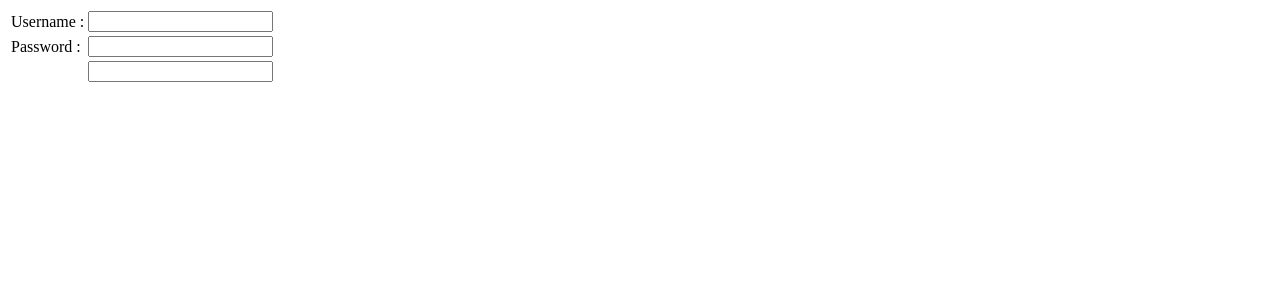
Repository: ajay2java2dev/symantec-samples
Page: google_apps_webservices/TomcatSecure-UserAuth/WebContent/WEB-INF/login.htm
An editor plug-in stored every save of this project. The page is shown before and after the next save, followed by the edit.
The browser window is 1280 px wide. The pictures show the whole page.

Above is the page before, as saved 2015-05-29 07:20:02.

After the next save:
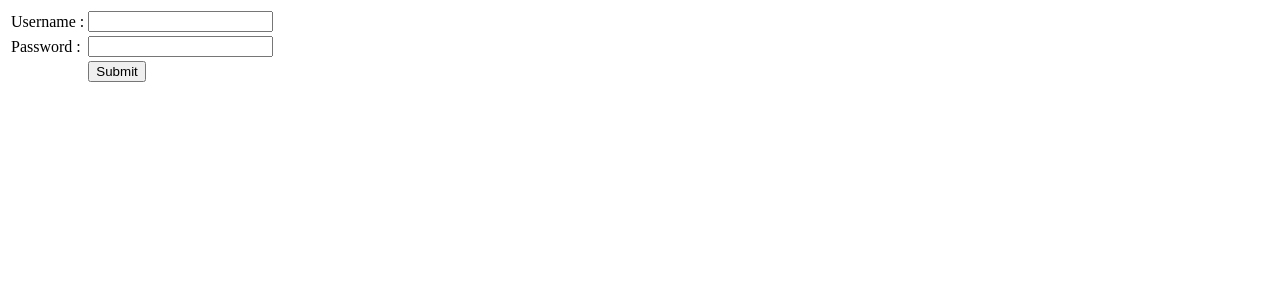
Saved 7 s later.
--- a/google_apps_webservices/TomcatSecure-UserAuth/WebContent/WEB-INF/login.htm
+++ b/google_apps_webservices/TomcatSecure-UserAuth/WebContent/WEB-INF/login.htm
@@ -19,7 +19,7 @@
 		</tr>
 		<tr>
 			<td></td>
-			<td><input type></td>
+			<td><input type="submit"></td>
 		</tr>
 	</table>
 </body>
